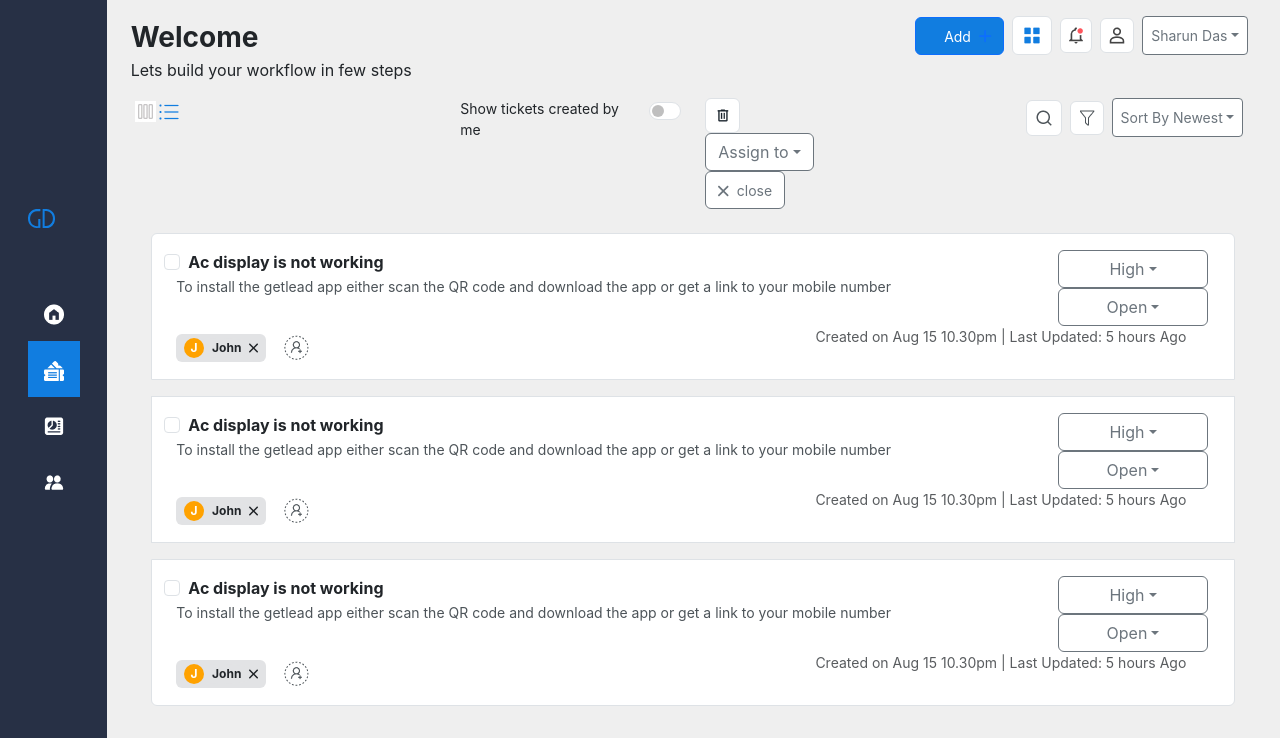
Repository: rishikarajeev/GL_HelpDesk
Page: /
The author's editor kept a copy of each file at every save. The page is drawn from the files as they stood at one save, then again after the next save.
The browser window is 1280 px wide. The pictures show the whole page.
The project was rebuilt for these pictures with package versions that can differ from the ones it lists, and the page was loaded fresh each time. Also part of the build but not shown: src/App.css, src/Pages/HomePage.jsx.

Above is the page before, as saved 2024-01-11 15:33:42.

After the next save:
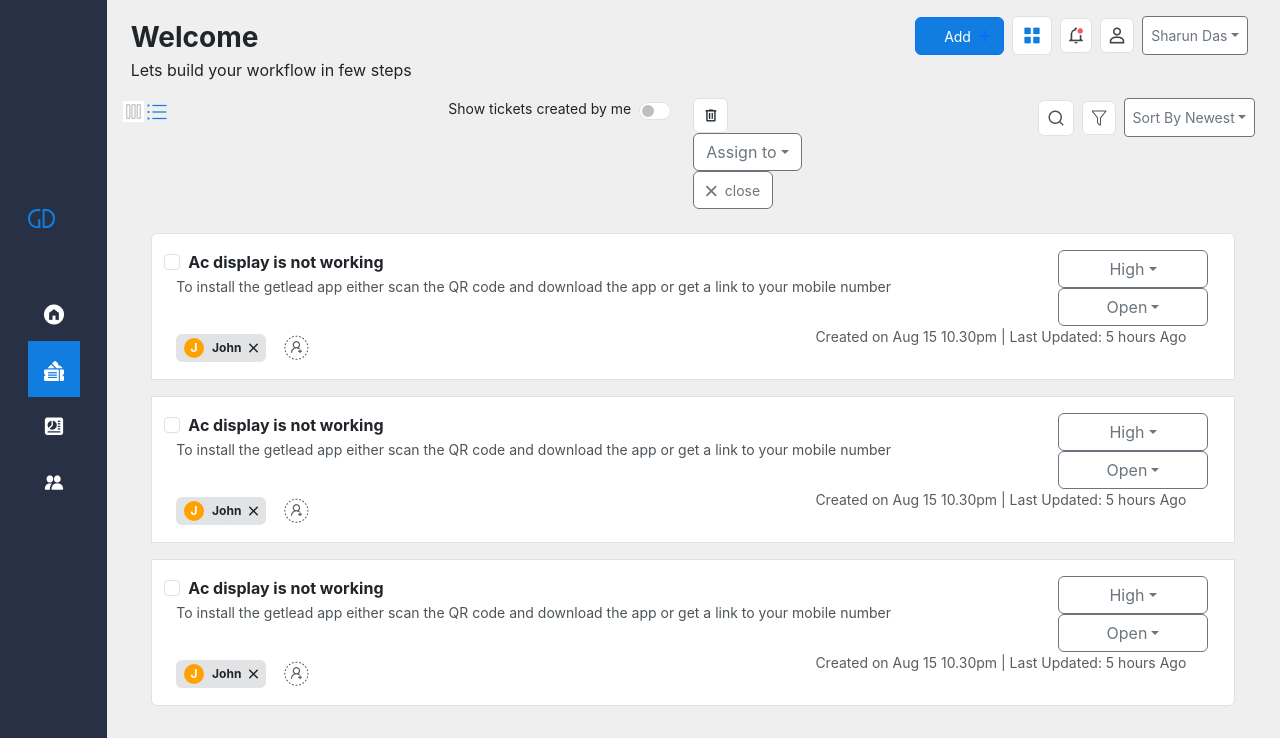
Saved 76 s later.
--- a/src/Pages/ViewTickets.jsx
+++ b/src/Pages/ViewTickets.jsx
@@ -22,76 +22,70 @@ import filter_icon from "../Assets/Images/cil_filter.png";
 function ViewTickets() {
   return (
     <Container>
-      <Row className=" mt-3 mb-2  ">
-        <Col>
-          <img src={column_icon} alt="Local Icon" />
+     <Row className="mt-3 mb-2">
+  <Col className="p-0">
+    <img src={column_icon} alt="Local Icon" />
+    <img src={list_icon} />
+  </Col>
+  <Col className="d-none d-lg-block p-0">
+    <div className="form-check form-switch ms-0 d-flex align-items-start">
+      <label className="form-check-label small me-5 p" htmlFor="flexSwitchCheckDefault">
+        Show tickets created by me
+      </label>
+      <input
+        className="form-check-input p-2"
+        type="checkbox"
+        role="switch"
+        id="flexSwitchCheckDefault"
+      />
+    </div>
+  </Col>
+  <Col className="d-none d-lg-block p-0">
+    <Image
+      src={delete_icon}
+      alt="Local Icon"
+      className="img-thumbnail bg-white p-2"
+    />
+    <Dropdown>
+      <Dropdown.Toggle
+        variant="outline-secondary"
+        id="dropdown-basic"
+        className="bg-white"
+      >
+        Assign to
+      </Dropdown.Toggle>
+      <Dropdown.Menu>
+        <Dropdown.Item href="#/action-1">Assign to</Dropdown.Item>
+        <Dropdown.Item href="#/action-2">Sharun</Dropdown.Item>
+      </Dropdown.Menu>
+    </Dropdown>
+    <Button variant="btn btn-outline-secondary bg-white ">
+      <FontAwesomeIcon icon={faTimes} className="small" />
+      <span className="small ms-2">close</span>
+    </Button>
+  </Col>
+  <Col className="text-end d-none d-lg-block p-0">
+    <img
+      src={search_icon}
+      alt="Local Icon"
+      className="img-thumbnail me-2 p-2 bg-white"
+    />
+    <img
+      src={filter_icon}
+      alt="Local Icon"
+      className="img-thumbnail me-2 p-2 bg-white"
+    />
+    <button
+      className="btn btn-outline-secondary btn-sm dropdown-toggle me-2 p-2 bg-white"
+      type="button"
+      data-bs-toggle="dropdown"
+      aria-expanded="false"
+    >
+      Sort By Newest
+    </button>
+  </Col>
+</Row>
 
-          <img src={list_icon} />
-        </Col>
-        <Col className="d-none d-lg-block">
-          <div class="form-check form-switch ms-0 d-flex align-items-start">
-            <label
-              class="form-check-label small me-5 p "
-              for="flexSwitchCheckDefault"
-            >
-              Show tickets created by me
-            </label>
-            <input
-              className="form-check-input p-2"
-              type="checkbox"
-              role="switch"
-              id="flexSwitchCheckDefault"
-            />
-          </div>
-        </Col>
-        <Col className="d-none d-lg-block ">
-          <Image
-            src={delete_icon}
-            alt="Local Icon"
-            className="img-thumbnail  bg-white p-2"
-          />
-
-          <Dropdown>
-            <Dropdown.Toggle
-              variant="outline-secondary"
-              id="dropdown-basic"
-              className="bg-white"
-            >
-              Assign to
-            </Dropdown.Toggle>
-
-            <Dropdown.Menu>
-              <Dropdown.Item href="#/action-1">Assign to </Dropdown.Item>
-              <Dropdown.Item href="#/action-2">Sharun</Dropdown.Item>
-            </Dropdown.Menu>
-          </Dropdown>
-
-          <Button variant="btn btn-outline-secondary bg-white ">
-            <FontAwesomeIcon icon={faTimes} className="small" />
-            <span className="small ms-2">close</span>
-          </Button>
-        </Col>
-        <Col className="text-end d-none d-lg-block">
-          <img
-            src={search_icon}
-            alt="Local Icon"
-            className="img-thumbnail me-2 p-2 bg-white"
-          />
-          <img
-            src={filter_icon}
-            alt="Local Icon"
-            className="img-thumbnail me-2 p-2 bg-white"
-          />
-          <button
-            class="btn btn-outline-secondary btn-sm dropdown-toggle me-2  p-2 bg-white"
-            type="button"
-            data-bs-toggle="dropdown"
-            aria-expanded="false"
-          >
-            Sort By Newest
-          </button>
-        </Col>
-      </Row>
       <ListGroup className="p-3">
         <ListGroup.Item className=" border mb-3">
           <TicketItem />
